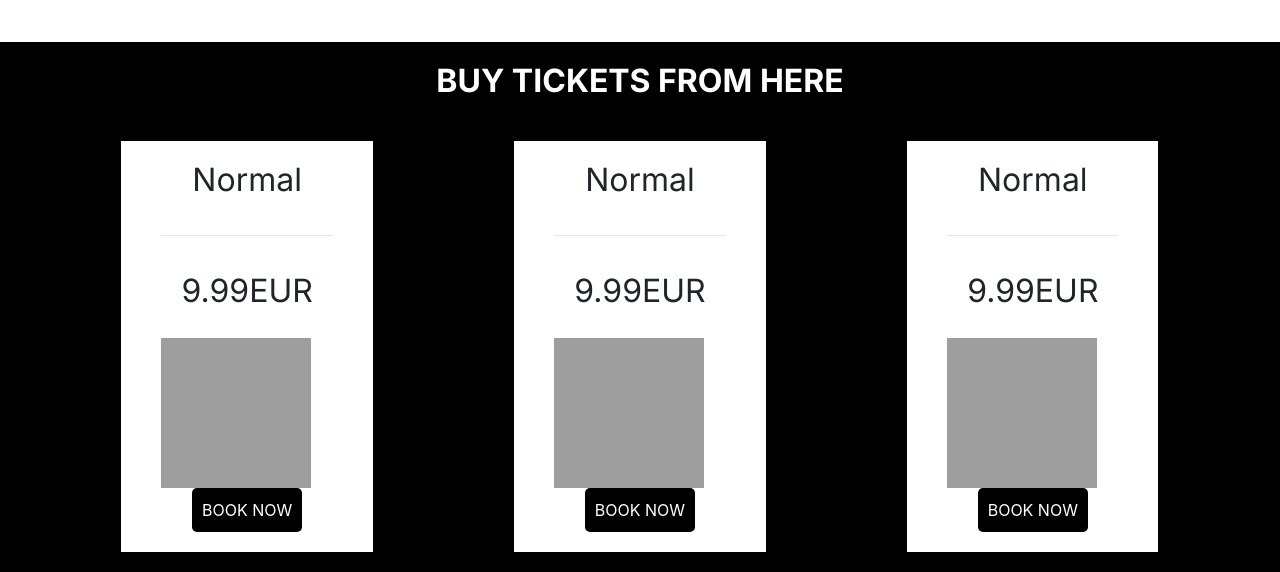
Repository: m-koparanova/MuseumOfCandy
Page: index.html
The author's editor kept a copy of each file at every save. The page is drawn from the files as they stood at one save, then again after the next save.
The browser window is 1280 px wide. The pictures show the part of the page from y = 1376 to 1948 px (the page is 1948 px tall).
Pictures or frames that could not be fetched are drawn as grey boxes. Some web fonts or font styles are not loaded; a fallback is used.

Above is the page before, as saved 2023-03-05 22:41:59.

### index.html
<!DOCTYPE html>
<html lang="en">
<head>
    <meta charset="UTF-8">
    <meta http-equiv="X-UA-Compatible" content="IE=edge">
    <meta name="viewport" content="width=device-width, initial-scale=1.0">
    <title>Document</title>
    <link rel="stylesheet" href="https://cdn.jsdelivr.net/npm/bootstrap@4.6.2/dist/css/bootstrap.min.css" integrity="sha384-xOolHFLEh07PJGoPkLv1IbcEPTNtaed2xpHsD9ESMhqIYd0nLMwNLD69Npy4HI+N" crossorigin="anonymous">

    <link rel="stylesheet" href="style.css">

</head>
<body>
    <nav class="nav-bar">
        <h2 class="logo">MUSEUM OF CANDY</h2>
        <div class="top-nav">

            <ul>
                <li class="nav"><a href="#">Home</a></li>
                <li class="nav"><a href="#">Tickets</a></li>
            </ul>
            <button class="button">Log in</button>
        </div>

    </nav>

    <tbody>
        <div class="image-container">
            <img src="pics\pexels-lisa-fotios-918327.jpg" alt="" class="image">
            <div class="text-container">
                <h3>MUSEUM OF CANDY</h3>
                <hr>
                <p>Here you can enjoy every candy<br>you can think of</p>
            </div>
        </div>

        <div>
            <h2 class="delights-text" id="delights-text">Delights for everyone!</h2>
        </div>

        <div class="gallery">
            <img src="C:\Users\Magda\Desktop\code\pics\pexels-anna-tukhfatullina-food-photographerstylist-2638026.jpg" alt="" width="280" height="355">
            <img src="C:\Users\Magda\Desktop\code\pics\pexels-photo-1775285.webp" alt="" width="280" height="355">
            <img src="C:\Users\Magda\Desktop\code\pics\resized-cookie.jpg" alt="" width="280" height="355">
        </div>

        <h2 class="buy-tickets">BUY TICKETS FROM HERE</h2>
            <div class="ticket-container">
                <div class="ticket">
                    <h2>Normal</h2>
                    <hr>
                    <h2>9.99EUR</h2>

                    <div class="icon">
                        <img src="C:\Users\Magda\Desktop\code\pics\cotton-candy.png" width="150" height="150" alt="">

                    </div>

                    <div class="ticket-button">
                        <button class="book-now">BOOK NOW</button>
                    </div>
                </div>




                <div class="ticket">
                    <h2>Normal</h2>
                    <hr>
                    <h2>9.99EUR</h2>

                    <div class="icon">
                        <img src="C:\Users\Magda\Desktop\code\pics\cotton-candy.png" width="150" height="150" alt="">

                    </div>

                    <div class="ticket-button">
                        <button class="book-now">BOOK NOW</button>
                    </div>
                </div>

                <div class="ticket">
                    <h2>Normal</h2>
                    <hr>
                    <h2>9.99EUR</h2>

                    <div class="icon">
                        <img src="C:\Users\Magda\Desktop\code\pics\cotton-candy.png" width="150" height="150" alt="">

                    </div>

                    <div class="ticket-button">
                        <button class="book-now">BOOK NOW</button>
                    </div>

            </div>
        </div>

    </tbody>


    <script src="https://cdn.jsdelivr.net/npm/jquery@3.5.1/dist/jquery.slim.min.js" integrity="sha384-DfXdz2htPH0lsSSs5nCTpuj/zy4C+OGpamoFVy38MVBnE+IbbVYUew+OrCXaRkfj" crossorigin="anonymous"></script>
    <script src="https://cdn.jsdelivr.net/npm/bootstrap@4.6.2/dist/js/bootstrap.bundle.min.js" integrity="sha384-Fy6S3B9q64WdZWQUiU+q4/2Lc9npb8tCaSX9FK7E8HnRr0Jz8D6OP9dO5Vg3Q9ct" crossorigin="anonymous"></script>

</body>
</html>

### style.css
@import url('https://fonts.googleapis.com/css2?family=Inter:wght@100;200;300;400;500;600;700;800;900&display=swap');
@import url('https://fonts.googleapis.com/css2?family=Italianno&display=swap');


*{
    margin: 0;
    padding: 0;
}

.nav-bar{
    background: black;
}

.logo {
    font-family: 'Inter', sans-serif, bold;
    color: white;
    position: absolute;
    margin-top: 20px;
    margin-left: 20px;
}

.top-nav{
    display: flex;
    align-items: end;
    justify-content: end;
    padding-top: 20px;
    padding-left: 20px;

}

.top-nav ul li{
    display: inline-block;
    list-style-type: none;
    padding-left: 20px;
    padding-right: 20px;
    font-family: 'Inter', sans-serif;
    font-size: 28px;
}

.top-nav ul li a{
    text-decoration: none;
    color: white;
}

.top-nav ul li a:hover{
    color: rgb(215, 5, 5);
    transition: .3s;
}

.button{
    border: none;
    background: white;
    border-radius: 10px;
    padding: 8px 15px 8px 15px;
    margin-right: 30px;
    margin-left: 40px;
    margin-bottom: 15px;
    font-family: 'Inter', sans-serif;
    text-align: center;
}

.button:hover{
    background: rgb(215, 5, 5);
    color: white;
}

.image-container {
    position: relative;
    text-align: center;
}

.image{
    object-fit: cover;
    width: 100%;
    height: 700px;
}

.text-container{
    position: absolute;
    bottom: 30px;
    left: 30px;
    background: white;
    opacity: 90%;
    padding: 40px 40px 40px 40px ;
}

.image-container div hr{
    border-width: 3px;
    opacity: 100%;
    background: red;
}
.image-container div h3{
    font-family: "Inter", sans-serif;
    font-size: 36px;
    font-weight: 700;
}

.image-container div p{
    font-family: 'Italianno', cursive;
    font-size: 38px;
    margin-top: 30px;
    margin-bottom: 0px;
}

.delights-text{
    font-family: 'Italianno', cursive;
    text-align: center;
    margin: 40px 0px 40px 0px;
    font-size: 100px;
}

.gallery{
    display: flex;
    justify-content: space-evenly;
}

.gallery img{
    width: 20%;
    margin: calc(20%/6);
}

.buy-tickets{
    background-color: black;
    color: white;
    font-family: 'Inter', sans-serif;
    font-size: 32px;
    padding: 20px;
    text-align: center;
    font-weight: 700;
    margin: 0px;
}

.ticket-container{
    background: black;
    display: flex;
    position: relative;
    align-items: center;
    justify-content: space-evenly;

}

.ticket{
    background: white;
    margin: 20px;
    padding-left: 40px;
    padding-right: 40px;
    padding-bottom: 20px;

}

.ticket h2{
    text-align: center;
    font-family: 'Inter', sans-serif;
    font-weight: 400;
    top: 10px;
    padding: 20px;

}
.ticket-button{
    margin: 0px;
    padding: 0px;
    text-align: center;

}

.book-now{
    border: none;
    background: black;
    color: white;
    border-radius: 5px;
    padding: 10px;

}

After the next save:
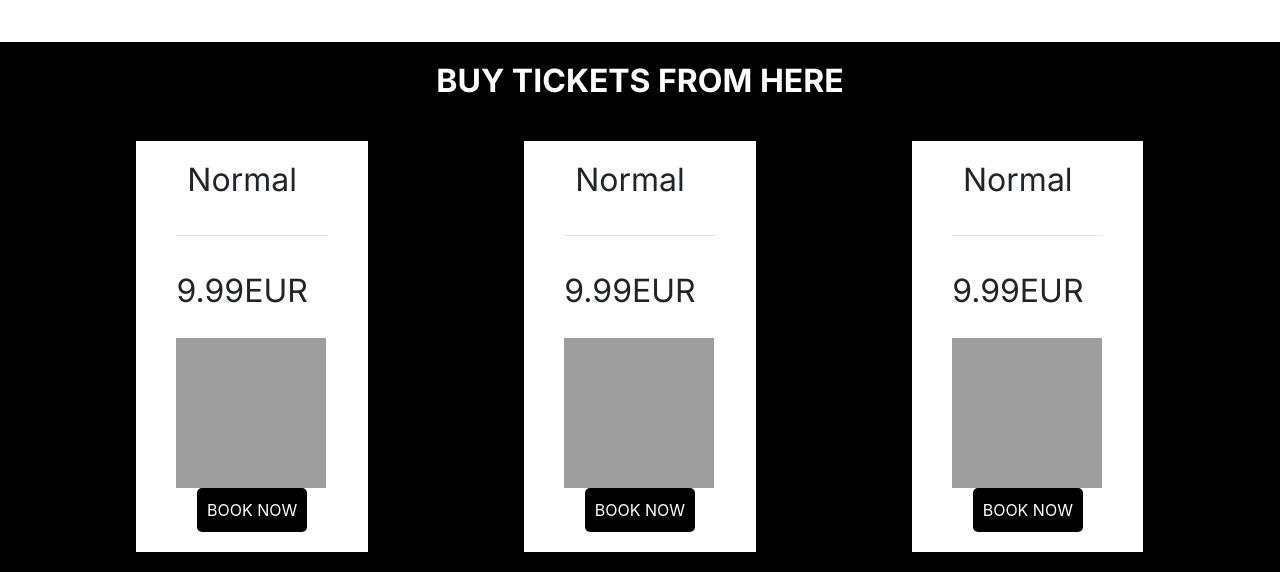
Saved 33 s later.
--- a/style.css
+++ b/style.css
@@ -153,7 +153,7 @@
     font-family: 'Inter', sans-serif;
     font-weight: 400;
     top: 10px;
-    padding: 20px;
+    padding: 20px 20px 20px 0px;
 
 }
 .ticket-button{
